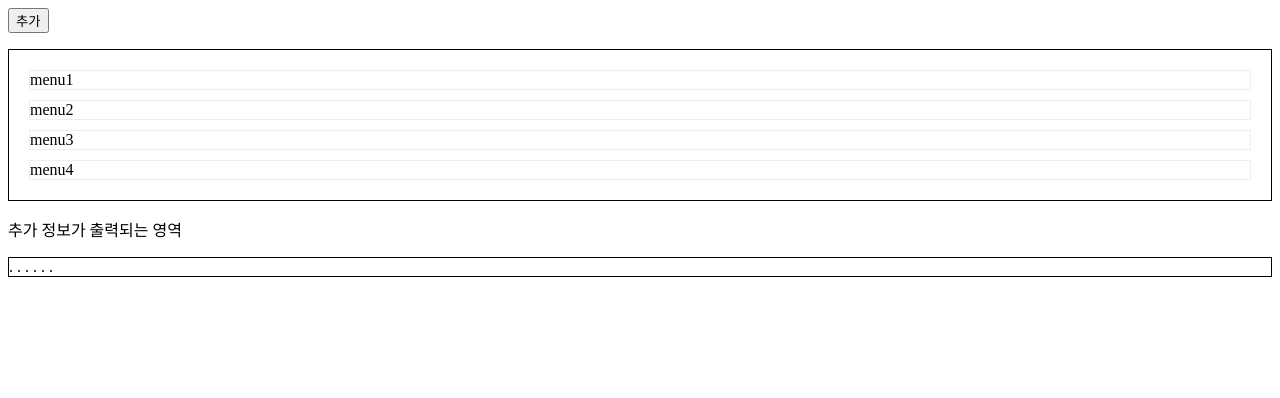
Repository: swc0516s/EZEN-JS
Page: JavaScript Workspace Lecture/JavaScript_jQuery_03/WebContent/Chapter06/6_09.html
The author's editor kept a copy of each file at every save. The page is drawn from the files as they stood at one save, then again after the next save.
The browser window is 1280 px wide. The pictures show the whole page.

Above is the page before, as saved 2022-03-22 05:32:51.

### JavaScript Workspace Lecture/JavaScript_jQuery_03/WebContent/Chapter06/6_09.html
<!DOCTYPE html>
<html>
<head>
<meta charset="UTF-8">
<title>Insert title here</title>
<style type="text/css">
body {
	font-size: 16px;
	font-family: "굴림;"
}

ul.menu {
	padding: 10px;
	list-style: none;
	border: 1px #000 solid;
}

ul li {
	border: 1px #eeeeee solid;
	margin: 10px;
}

ul {
	padding: 10px
}

li.select {
	background-color: #ccc;
}

#output {
	border: 1px solid #000;
}
</style>
<script type="text/javascript" src="../libs/jquery-3.6.0.min.js"></script>
<script type="text/javascript">
	// 동적으로 메뉴 항목을 추가하고 메뉴 항목 클릭 시 클릭한 메뉴 항목 출력
	$(document).ready(function() {
		var output = $("#output");
		var menu = $("ul.menu");
		var count = 0;

		$("#add").click(function() {
			count++;
			var newItem = $("<li>new" + count + "</li>");
			menu.append(newItem);
			var aaa= $("추가 아이템=new"+count+", 아이템 개수=");
			p.append(aaa);
		});

	});
</script>
</head>
<body>
	<div>
		<button id="add">추가</button>
	</div>
	<ul class="menu">
		<li>menu1</li>
		<li>menu2</li>
		<li>menu3</li>
		<li>menu4</li>
	</ul>
	<p>추가 정보가 출력되는 영역</p>
	<div id="output">
	.
	.
	.
	.
	.
	.







	</div>
</body>
</html>

Loaded but not shown: JavaScript Workspace Lecture/JavaScript_jQuery_03/WebContent/libs/jquery-3.6.0.min.js (library)

After the next save:
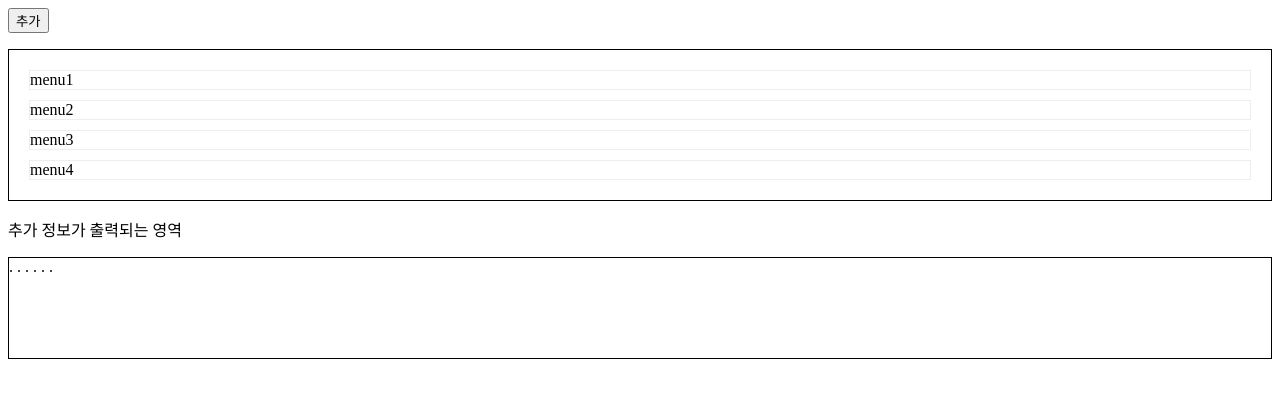
Saved 19 s later.
--- a/JavaScript Workspace Lecture/JavaScript_jQuery_03/WebContent/Chapter06/6_09.html
+++ b/JavaScript Workspace Lecture/JavaScript_jQuery_03/WebContent/Chapter06/6_09.html
@@ -30,6 +30,7 @@ li.select {
 
 #output {
 	border: 1px solid #000;
+	min-height: 100px;
 }
 </style>
 <script type="text/javascript" src="../libs/jquery-3.6.0.min.js"></script>
@@ -44,7 +45,7 @@ li.select {
 			count++;
 			var newItem = $("<li>new" + count + "</li>");
 			menu.append(newItem);
-			var aaa= $("추가 아이템=new"+count+", 아이템 개수=");
+			var aaa = $("추가 아이템=new" + count + ", 아이템 개수=");
 			p.append(aaa);
 		});
 
@@ -62,20 +63,6 @@ li.select {
 		<li>menu4</li>
 	</ul>
 	<p>추가 정보가 출력되는 영역</p>
-	<div id="output">
-	.
-	.
-	.
-	.
-	.
-	.
-
-
-
-
-
-
-
-	</div>
+	<div id="output">. . . . . .</div>
 </body>
 </html>
